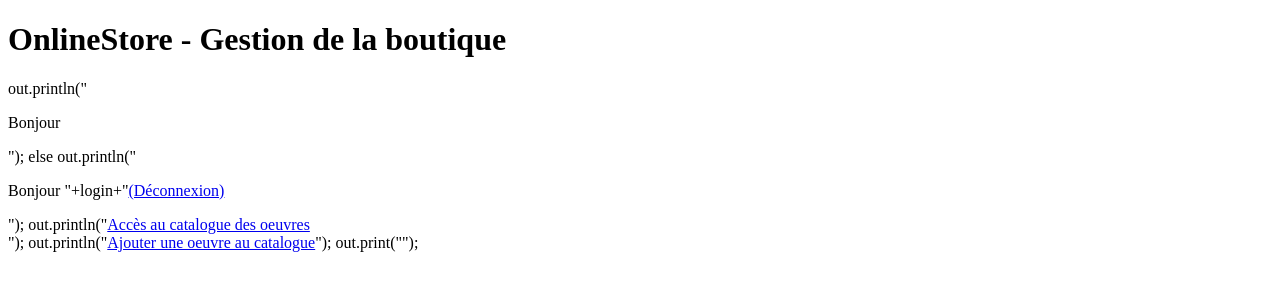
Repository: Fabff/javaWebService
Page: http://localhost/backoffice-frontend/home.jsp
An editor plug-in stored every save of this project. The page is shown before and after the next save, followed by the edit.
The browser window is 1280 px wide. The pictures show the whole page.
The page is served by Tomcat 9.

Above is the page before, as saved 2023-04-22 18:06:22.

### backoffice-frontend/src/main/webapp/home.jsp
<%@ page language="java" contentType="text/html; charset=UTF-8"
    pageEncoding="UTF-8"%>
<!DOCTYPE html>
<html>
<head>
<meta charset="UTF-8">
<title>Insert title here</title>
</head>
<body>
		<h1>OnlineStore - Gestion de la boutique </h1>
		<%String login = (String) request.getSession().getAttribute("login"); %>

		<%if (login==null)  %>
			out.println("<p>Bonjour </p>");
		else
			out.println("<p>Bonjour "+login+"<a href=\"log-out\">(Déconnexion)</a></p>");

		out.println("<a href=\"catalogue\">Accès au catalogue des oeuvres</a><br/>");
		out.println("<a href=\"add-work-form.jsp\">Ajouter une oeuvre au catalogue</a>");
		out.print("</body></html>");
</body>
</html>

After the next save:
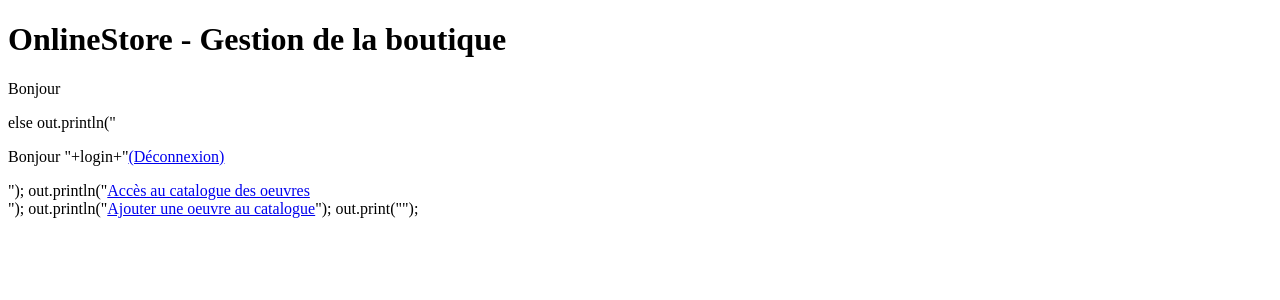
Saved 11 s later.
--- a/backoffice-frontend/src/main/webapp/home.jsp
+++ b/backoffice-frontend/src/main/webapp/home.jsp
@@ -11,7 +11,7 @@
 		<%String login = (String) request.getSession().getAttribute("login"); %>
 
 		<%if (login==null)  %>
-			out.println("<p>Bonjour </p>");
+			<p>Bonjour </p>
 		else
 			out.println("<p>Bonjour "+login+"<a href=\"log-out\">(Déconnexion)</a></p>");
 
